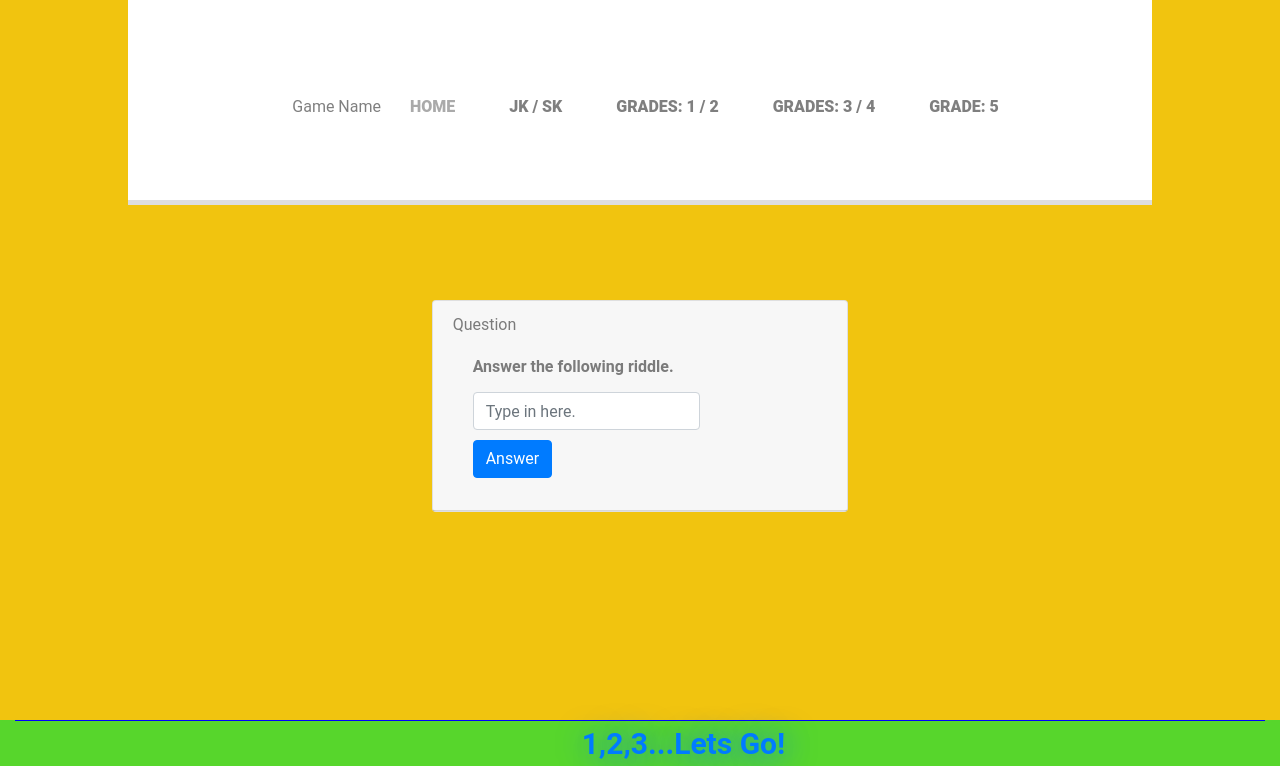
Repository: hanihassan1/Riddle-Game
Page: http://localhost/jk_sk
The author's editor kept a record of every edit. The page is drawn from the files as they stood at one moment, then again after the next edit.
The browser window is 1280 px wide. The pictures show the whole page.
Some web fonts or font styles are not loaded; a fallback is used. The page is served by the project's application, run on Flask 3 (run.py).

Above is the page before.

### templates/jk_sk.html
{% extends 'base.html' %}
{% block head %}
<script src="{{ url_for('static', filename='main.js')  }}"></script>

{% endblock %}
{% block content %}

<section id="nav_catog">

  <nav class="shift">

    <ul>
      <img id="logoOne" src="">Game Name
      <a href="{{url_for('index') }}" class="logo">
        <li><a href="https://9756ebca0b6a461ca3515f5d51d978ee.vfs.cloud9.us-east-1.amazonaws.com">Home</a></li>
        <li><a id="jk_sk" class="" onclick="req_question(this.id)">JK / SK </a></li>
        <li><a id="1-2" class="" onclick="req_question(this.id)">Grades: 1 / 2</a></li>
        <li><a id="3-4" class="" onclick="req_question(this.id)">Grades: 3 / 4</a></li>
        <li><a id="5" class="" onclick="req_question(this.id)">Grade: 5</a></li>
        <li><a id="5" class="hide" onclick="leadership(this.id)">Grade: 5</a></li>
    </ul>
  </nav>
  <h2>{{user}}</h2>


  <div class="container-fluid">
    <div class="row card_row no-gutters">
      <div class="col-sm-4"></div>
      <div class="col-sm-4">
      <div class="card">
        <div class="card-header">
          Question

          <div class="card-body">
            <h6 class="card-title"><b>Answer the following riddle.</b></h6>
            <p class="riddleQ" id="riddle_place"></p>
            <input name="answer" type="text" class="form-control" placeholder="Type in here." id="answer_box" required data-validation-required-message="Answer">
            <a href="#" class="btn btn-primary" id="answerId" onclick="getData()">Answer</a>
          </div>
        </div>
      </div>
      </div>
      <div class="col-sm-4"></div>
    </div>
  </div>


</section>


  <div class="modal fade" id="myModal" role="dialog">
    <div class="modal-dialog modal-sm">


      <div class="modal-content">
        <div class="modal-header">
          <button type="button" class="close" data-dismiss="modal">&times;</button>
          <h4 class="modal-title">Score Card</h4>
        </div>
        <div class="modal-body">
          <p id="wrong_answer"></p>
        </div>
        <div class="modal-footer">
          <button type="button" class="btn btn-default" id="u-scoreId" data-dismiss="modal" onclick="location.href = 'https://9756ebca0b6a461ca3515f5d51d978ee.vfs.cloud9.us-east-1.amazonaws.com/leadership';">Close</button>
        </div>
      </div>

    </div>
  </div>



        <div id="incorrect" class="hide">
                        <p id="result-icon" class="m-0">
                            <i class="fas fa-exclamation"></i>
                        </p>
                        <p id="guess-again">Try again!</p>

                    </div>


<script type="text/javascript">
  function req_question(user_category) {
    $("#" + user_category).addClass("active");
    var xhttp = new XMLHttpRequest();
    xhttp.open("GET", "{{url_for('get_question') }}" + "?category=" + user_category, true);
    xhttp.send();
    xhttp.onreadystatechange = function() {
      if (this.readyState == 4 && this.status == 200) {
        document.getElementById('riddle_place').innerHTML = this.response;
      }
    };



  }
var score = 0
  function getData() {
    var question = $("#riddle_place").text();
    var answers = $("#answer_box").val();
    var category = $(".active").attr("id");
    var que_ans = new XMLHttpRequest();

    que_ans.onreadystatechange = function() {
      if (que_ans.readyState === 4 && que_ans.status === 200) {
        if ((this.responseText).replace("\n", "") == "true") {
          score += 1;
          req_question(category);
        }
        else {
        $("#wrong_answer").text("Incorrect Answer, Your Score is : " + score);
        $("#myModal").modal();
        send_score();
      }
      }
    };

    que_ans.open("GET", "{{url_for('que_ans') }}" + "?question=" + question + "&answer=" + answers + "&category=" + category, true);
    que_ans.send();
  }

  function send_score(){
    var name = "{{user}}"
    var name_score = new XMLHttpRequest();

    name_score.onreadystatechange = function() {
      if (name_score.readyState === 4 && name_score.status === 200) {
        if ((this.responseText).replace("\n", "") == "true") {
          score += 1;
          send_score(score);
        }

  }
};




 name_score.open("GET", "{{url_for('user_score') }}" + "?name=" + name + "&score=" + score, true);
 name_score.send();
}

// function next_page() {
//     next_page.open("GET", "{{url_for('index') }}" );
//     next_page.send();
//     $("#sendMessageButton1").on("click", function() {
//     next_page($("#grade").val());
//     }
// }
</script>



{% endblock %}

### templates/base.html
<!DOCTYPE html>
<html lang="en">

<head>
    <meta charset="UTF-8">
    <meta name="viewport" content="width=device-width, initial-scale=1.0">
    <meta http-equiv="X-UA-Compatible" content="ie=edge">
    <meta name="description" content="">
    <meta name="author" content="">

    <title>{{title}}</title>
    <link rel="stylesheet" href="https://stackpath.bootstrapcdn.com/bootstrap/4.3.1/css/bootstrap.min.css" integrity="sha384-ggOyR0iXCbMQv3Xipma34MD+dH/1fQ784/j6cY/iJTQUOhcWr7x9JvoRxT2MZw1T" crossorigin="anonymous">
    <script src="https://code.jquery.com/jquery-3.3.1.slim.min.js" integrity="sha384-q8i/X+965DzO0rT7abK41JStQIAqVgRVzpbzo5smXKp4YfRvH+8abtTE1Pi6jizo" crossorigin="anonymous"></script>
    <script src="https://cdnjs.cloudflare.com/ajax/libs/popper.js/1.14.7/umd/popper.min.js" integrity="sha384-UO2eT0CpHqdSJQ6hJty5KVphtPhzWj9WO1clHTMGa3JDZwrnQq4sF86dIHNDz0W1" crossorigin="anonymous"></script>
    <script src="https://stackpath.bootstrapcdn.com/bootstrap/4.3.1/js/bootstrap.min.js" integrity="sha384-JjSmVgyd0p3pXB1rRibZUAYoIIy6OrQ6VrjIEaFf/nJGzIxFDsf4x0xIM+B07jRM" crossorigin="anonymous"></script>
    <link href="{{ url_for('static', filename='css/style.css')  }}" rel="stylesheet" type="text/css">
    <link rel="stylesheet" href="https://cdnjs.cloudflare.com/ajax/libs/hover.css/2.3.1/css/hover.css" />
    {% block head %} {% endblock %}
</head>

<body>


        {% block content %} {% endblock %}





    <footer>
        <div class="container-fluid">
            <div class="row no-gutters foot-edit">
                <div class="col-md-4"></div>
                <div class="col-md-4"><strong><a class="footer-name" href="{{url_for('index') }}">1,2,3...Lets Go!</a></strong></div>
                <div class="col-md-4"></div>
            </div>
        </div>
    </footer>

    <script src="{{ url_for('static', filename='main.js')  }}"></script>
</body>

</html>

### run.py
import os
from flask import Flask,render_template, request, flash, jsonify
import json
import random
import numpy



app = Flask(__name__)
app.secret_key = "its_secure"

@app.route('/', methods=["GET", "POST"])
def index():
     if request.method=="POST":
        print(request.form)
        file= open("user_info.txt", "a")
        file.write("Name:{},Age:{},Grade:{}\n"
                  .format(request.form['name'],request.form['age'],
                  request.form['grade']))
        file.close()
        flash(" Hello {}, Welcome! Let's get started. Choose a grade."
        .format(request.form['name']))
     return render_template("index.html", title = "Home Page")



@app.route('/jk_sk/', methods=["GET", "POST"])
def jk_sk_ans():
    args = request.args
    username = args['username']
    return render_template("jk_sk.html", user=username)


@app.route('/get_score/api/v1/', methods=["GET", "POST"])
def user_score():
    my_arg = request.args
    post_name = my_arg['name']
    post_score = my_arg['score']
    file_score = open("user_scores.txt", "a")
    file_score.write(post_name + "\n" + post_score + "\n")
    file_score.close()

    return jsonify("true")



@app.route('/checkans/api/v1/', methods=['GET'])
def que_ans():
    my_arg = request.args
    check_ques = my_arg['question']
    check_ans = my_arg['answer']
    check_category = my_arg['category']
    if check_category == "jk_sk":
        file_name = "data/jk_sk.json"
    if check_category == "1-2":
        file_name = "data/one_two.json"
    if check_category == "3-4":
        file_name = "data/three_four.json"
    if check_category == "5":
        file_name = "data/five.json"
    print(file_name, check_category)
    file = open(file_name, "r")
    file_data = file.read()
    file_data = json.loads(file_data)
    print(file_data)
    for items in file_data:
        if (items['question'].rstrip() == check_ques.rstrip().replace('"', '')):
            if items['answer'] == check_ans:
                return jsonify(True)
            else:
                return jsonify(False)

@app.route('/get_question/api/v1/', methods=['GET'])
def get_question():
    my_arg = request.args
    check_ans = my_arg['category']
    if check_ans == "jk_sk":
        file_name = "data/jk_sk.json"
    if check_ans == "1-2":
        file_name = "data/one_two.json"
    if check_ans == "3-4":
        file_name = "data/three_four.json"
    if check_ans == "5":
        file_name = "data/five.json"
    file = open(file_name, "r")
    all_questions = json.loads(file.read())
    random_number = random.randint(0, len(all_questions) - 1)
    ask_question = all_questions[random_number]["question"]
    return jsonify(ask_question)


@app.route('/leadership')
def leadership():
    file = open("user_scores.txt", "r")
    score_data = file.readlines()
    username = []
    score = []
    final_user_list = []
    file.close()
    for i in range(0, len(score_data)):
        if i % 2 == 0:
            username.append(score_data[i].replace('\n',''))
        else:
            score.append(int(score_data[i].replace('\n','')))
    score_index_before_sort = numpy.argsort(score)
    for index in score_index_before_sort:
        final_user_list.append(username[index])
    score = sorted(score)
    if len(score) > 10:
        score = score[-10:]
        final_user_list = final_user_list[-10:]
    return render_template("leadership.html", title = "Leadership Board Page", username =final_user_list , score = score)



@app.route('/jk_sk')
def jk_sk():
    return render_template("jk_sk.html", title = "Jk/Sk Page")


@app.route('/one_two')
def one_two():
    return render_template("one_two.html", title = "Grades: 1 / 2 Page")

@app.route('/three_four')
def three_four():
    return render_template("three_four.html", title = "Grades: 3 / 4 Page")

@app.route('/five')
def five():
    return render_template("five.html", title = "Grade: 5  Page")


@app.route('/check_answer/', methods=["GET"])
def check_answer():
    my_arg = request.args
    question = my_arg['question']
    answers = my_arg['answer']
    answer_return = ""
    with open("data/jk_sk.json", 'r') as file1:
        answer_file = json.load(file1)
    for answer in answer_file:
        print(answer)
        if answer['question'] == question:
            if answer['answer'] == answers:
                answer_return = "True"
            else:
                answer_return = "False"
    return jsonify({'result':answer_return})


if __name__ == '__main__':
    app.run(host=os.environ.get('IP'),
    port=int(os.environ.get('PORT')),
    debug=True)

### static/css/style.css
@import url('https://fonts.googleapis.com/css?family=Varela+Round:100,200,300,400,500,600,700|EXO:100,200,300,400,500,600,700');
@import url('https://fonts.googleapis.com/css?family=Cantarell:700i:100,200,300,400,500,600,700|EXO:100,200,300,400,500,600,700');

body {
    font-family: 'Varela Round', sans-serif;
    background-color:#57D62C;
    height: 100vh;

}
html {
 scroll-behavior: smooth;
}

.hide {
    display: none !important;
}


a {
    text-decoration: none !important;
}

html {
 scroll-behavior: smooth;
}

/*header*/
#logoOne  {
  border-radius: 15%;
}

.game_name {
  text-align:center;
     padding-bottom: 25px;

}


/*index*/

.signin  {
  color:#007bff;

}


body {
  font-family: 'Roboto', sans-serif;
  padding: 0;
  margin: 0;
}

small {
  font-size: 12px;
  color: rgba(0, 0, 0, 0.4);
}

h1 {
  text-align: center;
  padding: 50px 0;
  font-weight: 800;
  margin: 0;
  letter-spacing: -1px;
  color: inherit;
  font-size: 40px;
}



h2 {
  text-align: center;
  font-size: 30px;
  margin: 0;
  font-weight: 300;
  color: inherit;
  padding: 50px;
}

.center {
  text-align: center;
}



section {
  height: 100vh;
}

/* NAV */


nav {
  width: 80%;
  margin: 0 auto;
  background: #fff;
  padding: 50px 0;
  box-shadow: 0px 5px 0px #dedede;
}

nav ul {
  list-style: none;
  text-align: center;
}
nav ul li {
  display: inline-block;
}
nav ul li a {
  display: block;
  padding: 15px;
  text-decoration: none;
  color: #aaa;
  font-weight: 800;
  text-transform: uppercase;
  margin: 0 10px;
}
nav ul li a,
nav ul li a:after,
nav ul li a:before {
  transition: all .5s;
}
nav ul li a:hover {
  color: #555;
}

nav.shift ul li a {
  position:relative;
  z-index: 1;
}
nav.shift ul li a:hover {
  color: #91640F;
}
nav.shift ul li a:after {
  display: block;
  position: absolute;
  top: 0;
  left: 0;
  bottom: 0;
  right: 0;
  margin: auto;
  width: 100%;
  height: 1px;
  content: '.';
  color: transparent;
  background: #F1C40F;
  visibility: none;
  opacity: 0;
  z-index: -1;
}
nav.shift ul li a:hover:after {
  opacity: 1;
  visibility: visible;
  height: 100%;
}

#nav_catog  {
  background: #f1c40f;
  color: rgba(0, 0, 0, 0.5);

}


/* form-index */
#sendMessageButton1     {
    opacity: 9;
     background-color: #A9A9A9;
    border-radius: 10%;
    color: #484848;
}
.sect  {
      height: 100vh;

}
.form-edit  {
  padding-top:20px;

}


.form-control {

     width: 68%!important;

}
.btn {
 margin-top:10px;
}
.form-edit {
  height:75%;
   padding-top: 32px;

}


.card_row   {
  /*margin-left:28%;*/
  /*margin-top:10px;*/
}


.card-body {

}

/*footer*/



.footer-name {
  text-align:center;
  padding-left:150px;
  font-size:30px;
  text-shadow: 2px 2px 30px #007bff;

}


.foot-edit  {
  border-top:1px solid blue;
}



.lead-head  {
  text-align:center;
   font-family: 'Roboto', sans-serif;
  font-size:30px;
   color:#007bff;
}

.lead-backg {
    height: 73vh;
}


.table {
  width: 500px;
  padding-right: 10%;
  font-size:20px;
}

.lead-homebt {
 font-size:30px;
 padding-bottom:50px;
}

.active {
  background-color: red;
}

### static/main.js
function getData() {
  var question = $("#riddle_place").text();
  var answers = $("#answer_box").val();
  var category = $(".active").attr("id");
  var que_ans = new XMLHttpRequest();
  que_ans.onreadystatechange = function() {
    if (que_ans.readyState === 4 && que_ans.status === 200) {


      document.getElementById('answerId').innerHTML = statusHTML;
    }
  };
  xhttp.open("GET", "{{url_for('que_ans') }}" + "?question=" + question + "&answers=" + answers + "&category=" + category, true);
  xhttp.send();
}






























// function req_data(answers) {
//   var xhttp = new XMLHttpRequest();
//   xhttp.onreadystatechange = function() {
//     if (this.readyState == 4 && this.status == 200) {
//       document.getElementById("answer").innerHTML = this.responseText;
//       myResponse = JSON.parse(this.responseText);
//         if ((myResponse.results) == True) {
//     }
//     else {
//       return false
//     }
//   };
//   xhttp.open("GET", "{{url_for('get_question') }}" + "?question=" + "answers" + answers  , true);
//   xhttp.send();
// }
// }


// $("#answerId").on("click", function() {

//     req_data($("#answer_box").val());

// });

After the next edit:
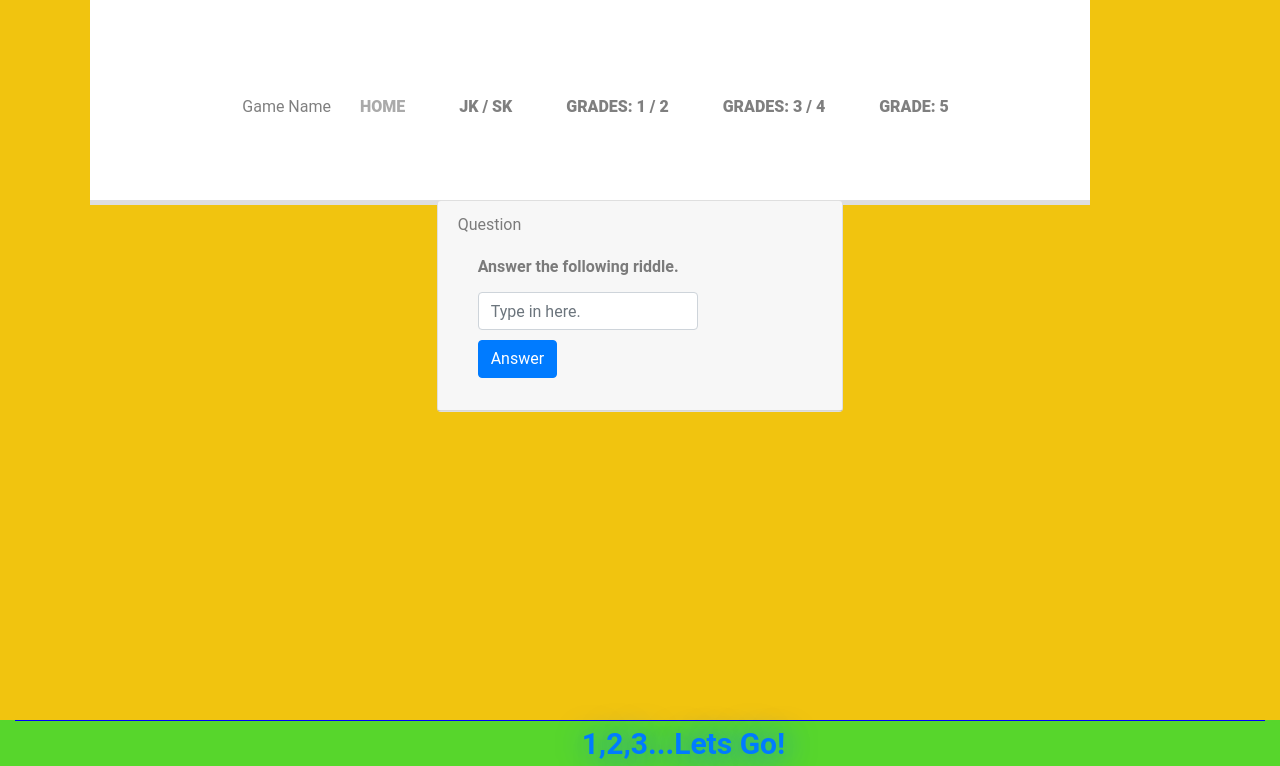
The edit:
--- a/templates/jk_sk.html
+++ b/templates/jk_sk.html
@@ -6,8 +6,10 @@
 {% block content %}
 
 <section id="nav_catog">
+  <div class="container-fluid">
+    <div class="row no-gutters">
 
-  <nav class="shift">
+    <nav class="shift">
 
     <ul>
       <img id="logoOne" src="">Game Name

After the edit that followed:
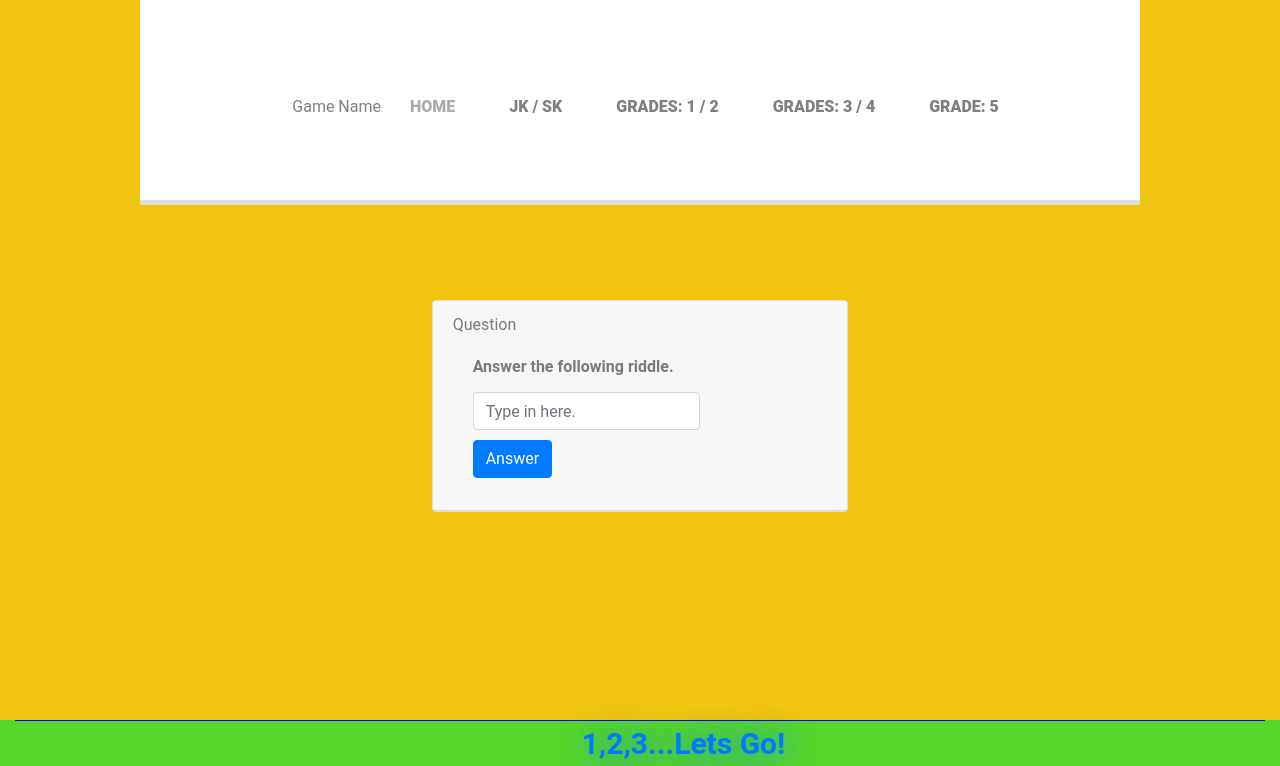
The edit:
--- a/templates/jk_sk.html
+++ b/templates/jk_sk.html
@@ -22,6 +22,9 @@
         <li><a id="5" class="hide" onclick="leadership(this.id)">Grade: 5</a></li>
     </ul>
   </nav>
+   </div>
+  </div>
+
   <h2>{{user}}</h2>
 
 
